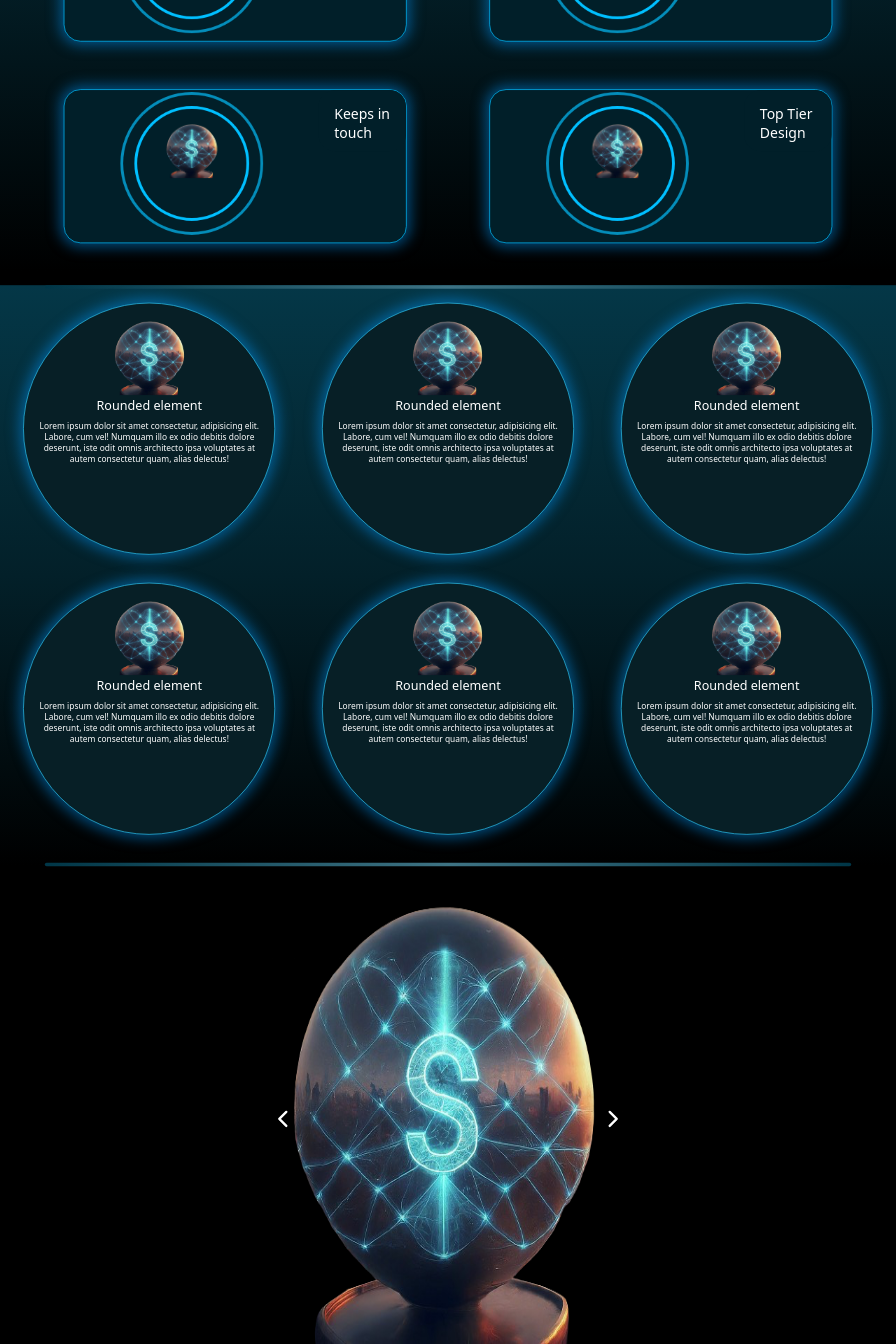
Repository: TMuse333/q3-desings2
Page: /
These files come from the project's save history. The page is drawn as it stood at one moment and after a run of saves; the edit follows.
The browser window is 1280 px wide. The pictures show the part of the page from y = 1229 to 3149 px (the page is 3149 px tall before and 2999 px after), at 70% of full size.
The project was rebuilt for these pictures with package versions that can differ from the ones it lists, and the page was loaded fresh each time. Also part of the build but not shown: vite.config.ts.

Above is the page before, as saved 2024-05-11 13:53:16.

After the next 3 saves:
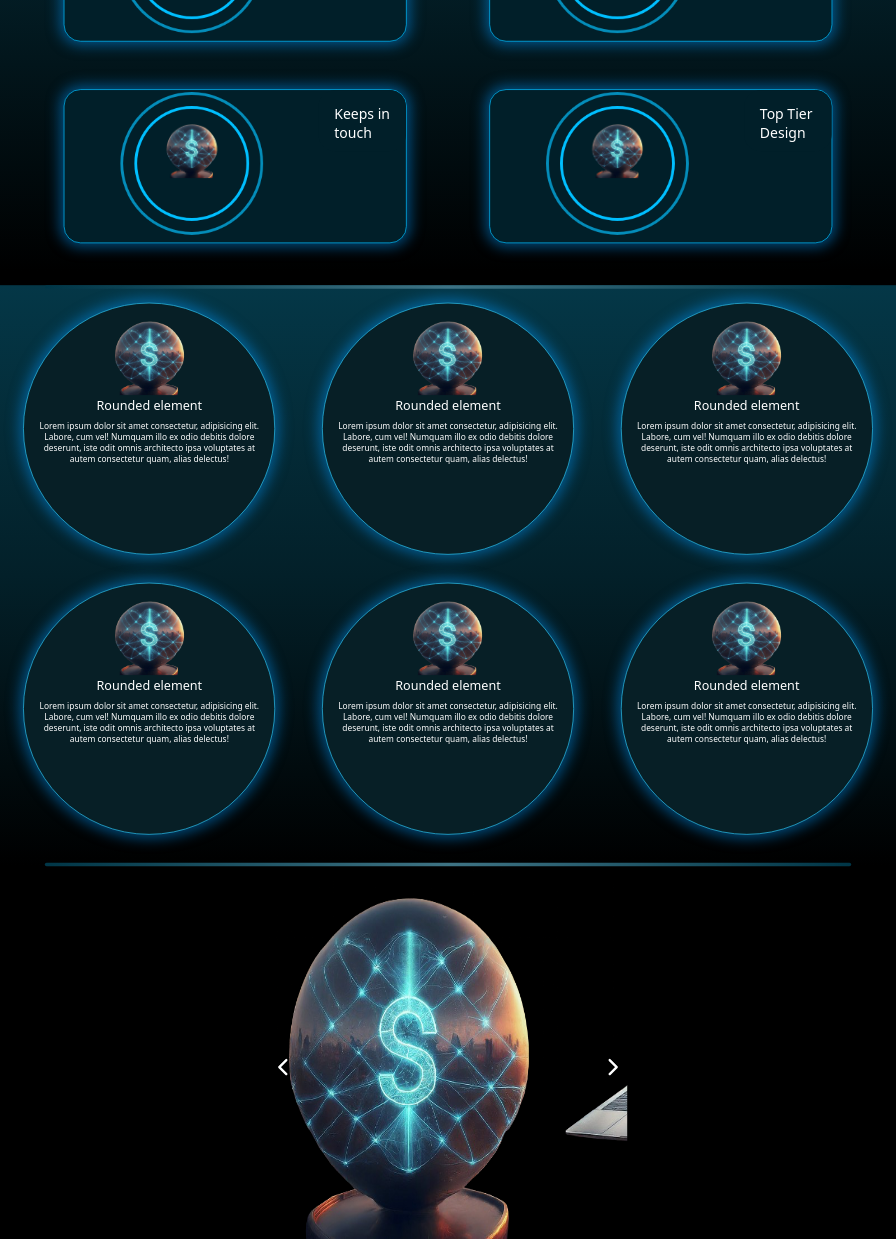
The 3 saves are shown as one change because they came seconds apart.
The last was saved 19 s later.
--- a/src/components/carousel/carousel.tsx
+++ b/src/components/carousel/carousel.tsx
@@ -27,7 +27,7 @@ const Carousel:React.FC<CarouselProps> = ({images}) =>{
                     <img src={image}
                     key={index}
                     className='transition-transform
-                    mr-auto'
+                    w-[400px]'
                     style={{
                         transform:`translateX(-${imageIndex * 100}%)`
                     }}
